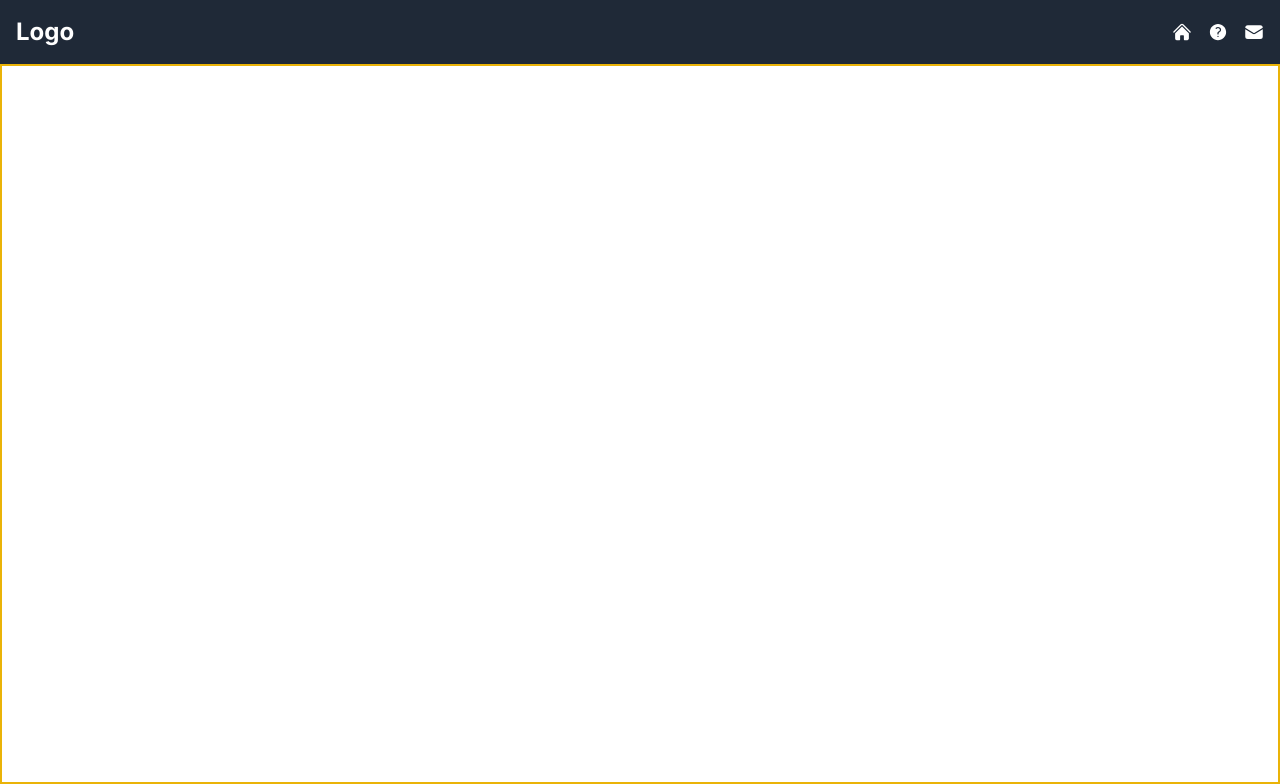
Repository: michalmilek/AI-companion-bot
Page: /
An editor plug-in stored every save of this project. The page is shown before and after the next save, followed by the edit.
The browser window is 1280 px wide. The pictures show the whole page.
The page's requests for data from a server got no answer. The project was rebuilt for these pictures with package versions that can differ from the ones it lists, and the page was loaded fresh each time. Some packages were replaced by stand-ins written for this rebuild. The framework's server and built-in components were replaced by stand-ins that run in the browser. No one was signed in, and anything a server would have sent is missing. Also part of the build but not shown: next.config.js.

Above is the page before, as saved 2023-10-10 13:49:43.

### app/layout.tsx
import { ClerkProvider } from "@clerk/nextjs";
import "./globals.css";
import type { Metadata } from "next";
import { Inter } from "next/font/google";

const inter = Inter({ subsets: ["latin"] });

export const metadata: Metadata = {
  title: "Create Next App",
  description: "Generated by create next app",
};

export default function RootLayout({
  children,
}: {
  children: React.ReactNode;
}) {
  return (
    <ClerkProvider>
      <html lang="en">
        <body className={inter.className}>{children}</body>
      </html>
    </ClerkProvider>
  );
}

### app/(root)/layout.tsx
import Navbar from "@/components/Navbar";
import React from "react";

const RootLayout = ({ children }: { children: React.ReactNode }) => {
  return (
    <div className="h-screen">
      <Navbar />
      <main className="md:pl-20 mt-16 h-full border-yellow-500 border-2">
        {children}
      </main>
    </div>
  );
};

export default RootLayout;

### app/(root)/(routes)/page.tsx
import { UserButton } from "@clerk/nextjs";
import React from "react";

const RootPage = () => {
  return (
    <div>
      <UserButton afterSignOutUrl="/" />
    </div>
  );
};

export default RootPage;

### app/globals.css
@tailwind base;
@tailwind components;
@tailwind utilities;

@layer base {
  :root {
    --background: 0 0% 100%;
    --foreground: 0 0% 3.9%;

    --card: 0 0% 100%;
    --card-foreground: 0 0% 3.9%;

    --popover: 0 0% 100%;
    --popover-foreground: 0 0% 3.9%;

    --primary: 0 0% 9%;
    --primary-foreground: 0 0% 98%;

    --secondary: 0 0% 96.1%;
    --secondary-foreground: 0 0% 9%;

    --muted: 0 0% 96.1%;
    --muted-foreground: 0 0% 45.1%;

    --accent: 0 0% 96.1%;
    --accent-foreground: 0 0% 9%;

    --destructive: 0 84.2% 60.2%;
    --destructive-foreground: 0 0% 98%;

    --border: 0 0% 89.8%;
    --input: 0 0% 89.8%;
    --ring: 0 0% 3.9%;

    --radius: 0.5rem;
  }

  .dark {
    --background: 0 0% 3.9%;
    --foreground: 0 0% 98%;

    --card: 0 0% 3.9%;
    --card-foreground: 0 0% 98%;

    --popover: 0 0% 3.9%;
    --popover-foreground: 0 0% 98%;

    --primary: 0 0% 98%;
    --primary-foreground: 0 0% 9%;

    --secondary: 0 0% 14.9%;
    --secondary-foreground: 0 0% 98%;

    --muted: 0 0% 14.9%;
    --muted-foreground: 0 0% 63.9%;

    --accent: 0 0% 14.9%;
    --accent-foreground: 0 0% 98%;

    --destructive: 0 62.8% 30.6%;
    --destructive-foreground: 0 0% 98%;

    --border: 0 0% 14.9%;
    --input: 0 0% 14.9%;
    --ring: 0 0% 83.1%;
  }
}

@layer base {
  * {
    @apply border-border;
  }
  body {
    @apply bg-background text-foreground;
  }
}

*{
  box-sizing: border-box;
  padding: 0;
  margin: 0;
}

### components/Navbar.tsx
"use client";

import React, { useEffect, useState } from "react";
import {
  HomeIcon,
  QuestionMarkCircleIcon,
  EnvelopeIcon,
  Bars3Icon,
  XMarkIcon,
} from "@heroicons/react/24/solid";
import { motion, AnimatePresence } from "framer-motion";
import { useMediaQuery } from "react-responsive";

const Navbar = () => {
  const [isMenuOpen, setIsMenuOpen] = useState(false);
  const isDesktopOrLaptop = useMediaQuery({
    query: "(min-width: 1024px)",
  });

  const toggleMenu = () => {
    setIsMenuOpen(!isMenuOpen);
  };

  useEffect(() => {
    if (isDesktopOrLaptop) {
      setIsMenuOpen(false);
    }
  }, [isDesktopOrLaptop]);

  return (
    <nav className="bg-gray-800 text-white h-16 flex justify-between items-center px-4 fixed top-0 left-0 right-0 z-50">
      <a
        href="#"
        className="text-2xl font-bold">
        Logo
      </a>
      <div className="flex items-center">
        <button
          className="lg:hidden text-white focus:outline-none"
          onClick={toggleMenu}>
          {isMenuOpen ? (
            <XMarkIcon className="h-6 w-6" />
          ) : (
            <Bars3Icon className="h-6 w-6" />
          )}
        </button>
        <AnimatePresence>
          {isMenuOpen && (
            <motion.ul
              initial={{ opacity: 0, y: -20 }}
              animate={{ opacity: 1, y: 0 }}
              exit={{ opacity: 0, y: -20 }}
              className="lg:flex space-y-4 absolute top-16 left-0 right-0 bg-gray-800 z-50 py-2 px-4">
              <li>
                <a
                  href="#"
                  className="hover:text-gray-300 flex items-center gap-3">
                  <HomeIcon className="h-5 w-5" />
                  <span className="ml-2">Home</span>
                </a>
              </li>
              <li>
                <a
                  href="#"
                  className="hover:text-gray-300 flex items-center gap-3">
                  <QuestionMarkCircleIcon className="h-5 w-5" />
                  <span className="ml-2">About</span>
                </a>
              </li>
              <li>
                <a
                  href="#"
                  className="hover:text-gray-300 flex items-center gap-3">
                  <EnvelopeIcon className="h-5 w-5" />
                  <span className="ml-2">Contact</span>
                </a>
              </li>
            </motion.ul>
          )}
        </AnimatePresence>
        <ul className="hidden lg:flex space-x-4">
          <li>
            <a
              href="#"
              className="hover:text-gray-300">
              <HomeIcon className="h-5 w-5" />
            </a>
          </li>
          <li>
            <a
              href="#"
              className="hover:text-gray-300">
              <QuestionMarkCircleIcon className="h-5 w-5" />
            </a>
          </li>
          <li>
            <a
              href="#"
              className="hover:text-gray-300">
              <EnvelopeIcon className="h-5 w-5" />
            </a>
          </li>
        </ul>
      </div>
    </nav>
  );
};

export default Navbar;

Loaded but not shown: tailwind.config.js (common file)

After the next save:
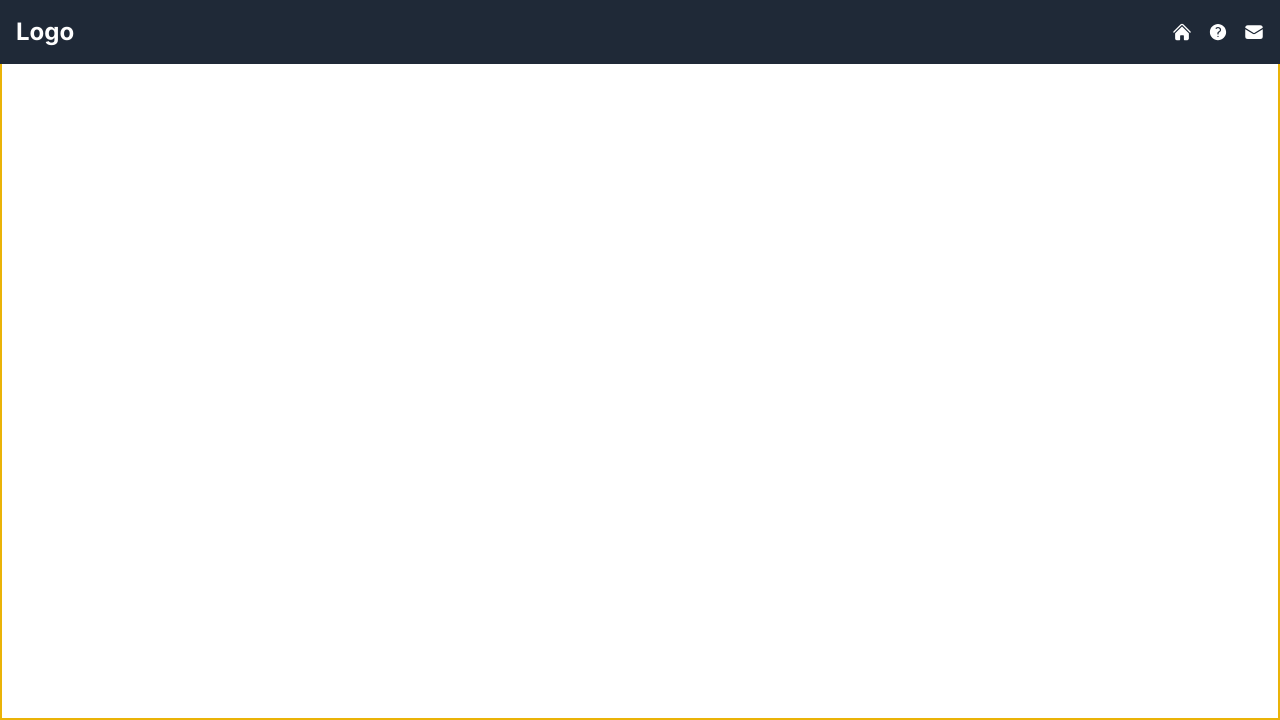
Saved 4 s later.
--- a/app/(root)/layout.tsx
+++ b/app/(root)/layout.tsx
@@ -5,7 +5,7 @@ const RootLayout = ({ children }: { children: React.ReactNode }) => {
   return (
     <div className="h-screen">
       <Navbar />
-      <main className="md:pl-20 mt-16 h-full border-yellow-500 border-2">
+      <main className="md:pl-20 pt-16 h-full border-yellow-500 border-2">
         {children}
       </main>
     </div>
